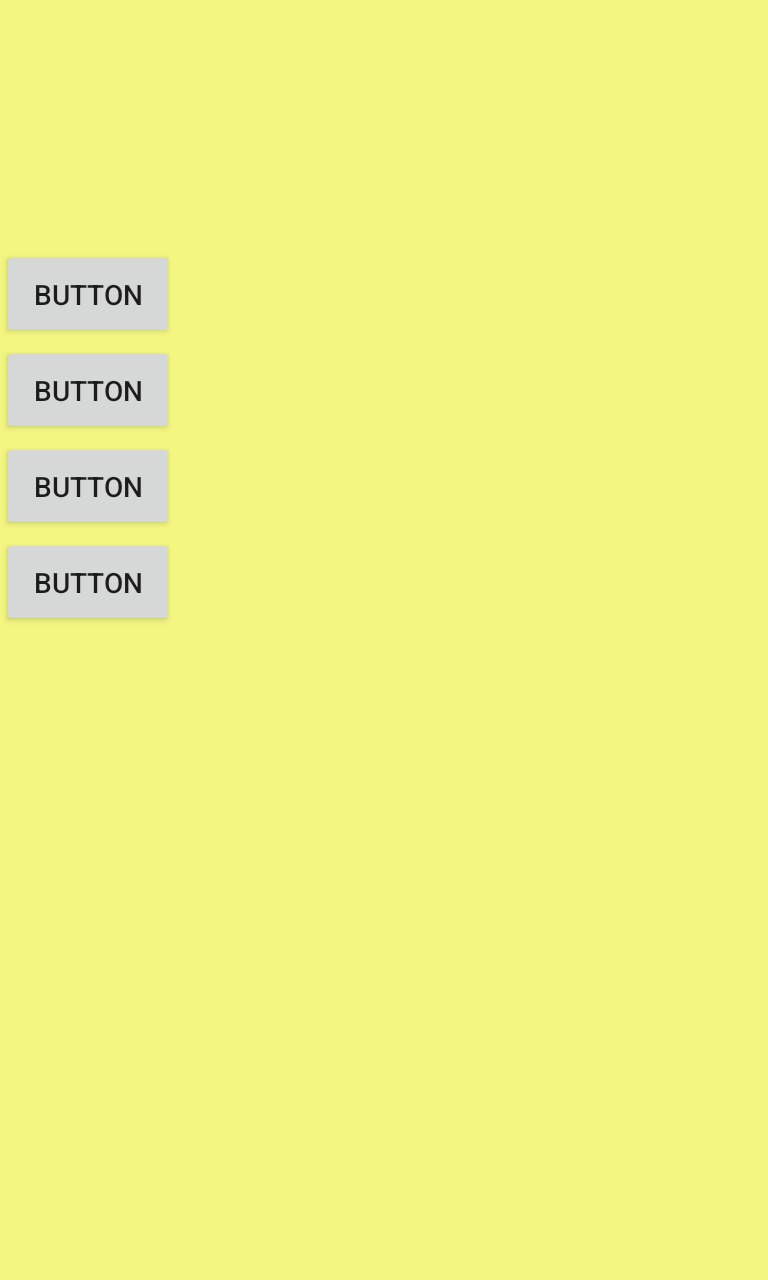
Repository: bluenavy/requirements
Layout: workspace/RetentionScheduler/res/layout/activity_delete.xml
An editor plug-in stored every save of this project. The layout is shown before and after the next save, followed by the edit.
It is drawn on a 768 x 1280 px phone screen (xhdpi) without system bars, with theme AppTheme; the app's code is not run.

Above is the layout before, as saved 2015-03-21 11:58:26.

### workspace/RetentionScheduler/res/layout/activity_delete.xml
<?xml version="1.0" encoding="utf-8"?>
<LinearLayout xmlns:android="http://schemas.android.com/apk/res/android"
    android:layout_width="match_parent"
    android:layout_height="match_parent"
    android:orientation="vertical"
    android:background="#F3F781">

    <ScrollView
        android:id="@+id/scrollView1"
        android:layout_width="match_parent"
        android:layout_height="123dp" >

        <LinearLayout
            android:layout_width="match_parent"
            android:layout_height="match_parent"
            android:orientation="vertical" >
        </LinearLayout>
    </ScrollView>

    <Button
        android:id="@+id/button1"
        android:layout_width="wrap_content"
        android:layout_height="wrap_content"
        android:text="Button" />

    <Button
        android:id="@+id/button2"
        android:layout_width="wrap_content"
        android:layout_height="wrap_content"
        android:text="Button" />

    <Button
        android:id="@+id/button3"
        android:layout_width="wrap_content"
        android:layout_height="wrap_content"
        android:text="Button" />

    <Button
        android:id="@+id/button4"
        android:layout_width="wrap_content"
        android:layout_height="wrap_content"
        android:text="Button" />

</LinearLayout>

Loaded but not shown: workspace/RetentionScheduler/res/values/styles.xml (common file); workspace/RetentionScheduler/res/values-v11/styles.xml (common file); workspace/RetentionScheduler/res/values-v14/styles.xml (common file)

After the next save:
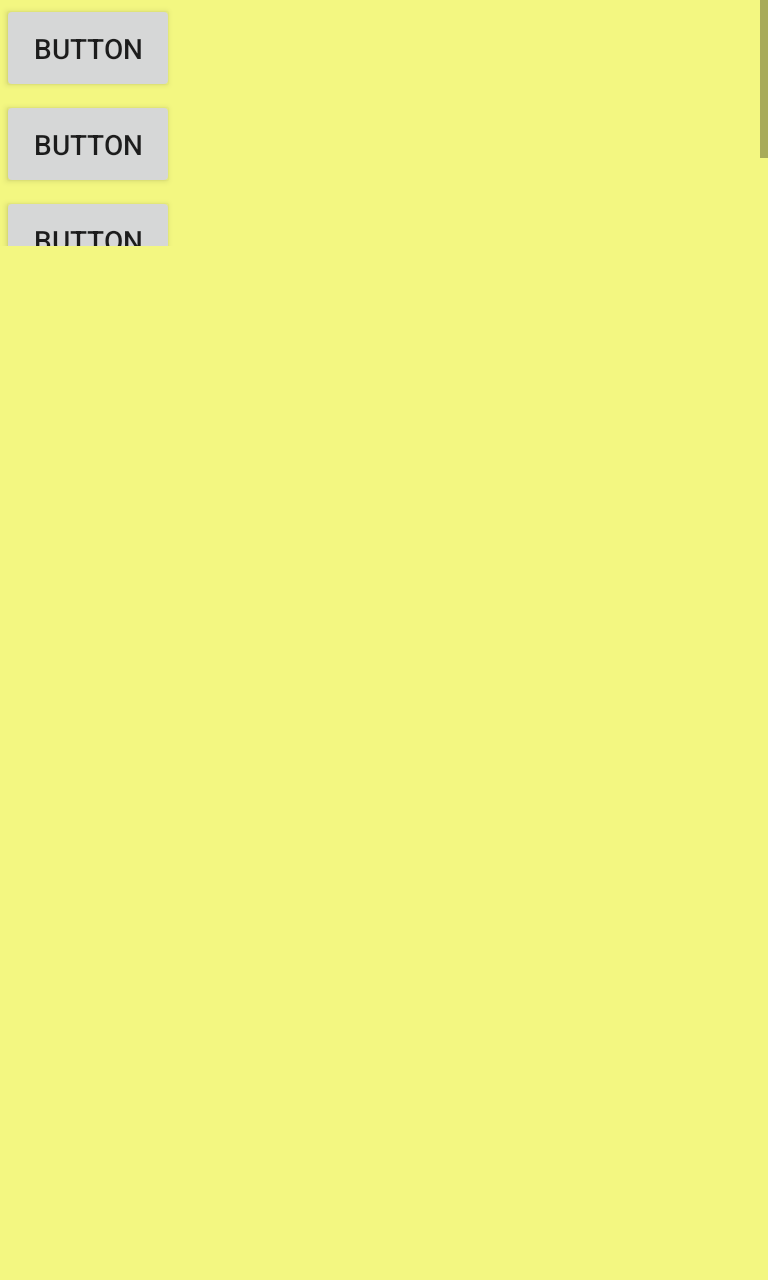
Saved 61 min 30 s later.
--- a/workspace/RetentionScheduler/res/layout/activity_delete.xml
+++ b/workspace/RetentionScheduler/res/layout/activity_delete.xml
@@ -14,31 +14,32 @@
             android:layout_width="match_parent"
             android:layout_height="match_parent"
             android:orientation="vertical" >
+
+            <Button
+                android:id="@+id/button1"
+                android:layout_width="wrap_content"
+                android:layout_height="wrap_content"
+                android:text="Button" />
+
+            <Button
+                android:id="@+id/button2"
+                android:layout_width="wrap_content"
+                android:layout_height="wrap_content"
+                android:text="Button" />
+
+            <Button
+                android:id="@+id/button4"
+                android:layout_width="wrap_content"
+                android:layout_height="wrap_content"
+                android:text="Button" />
+
+            <Button
+                android:id="@+id/button3"
+                android:layout_width="wrap_content"
+                android:layout_height="wrap_content"
+                android:text="Button" />
+
         </LinearLayout>
     </ScrollView>
 
-    <Button
-        android:id="@+id/button1"
-        android:layout_width="wrap_content"
-        android:layout_height="wrap_content"
-        android:text="Button" />
-
-    <Button
-        android:id="@+id/button2"
-        android:layout_width="wrap_content"
-        android:layout_height="wrap_content"
-        android:text="Button" />
-
-    <Button
-        android:id="@+id/button3"
-        android:layout_width="wrap_content"
-        android:layout_height="wrap_content"
-        android:text="Button" />
-
-    <Button
-        android:id="@+id/button4"
-        android:layout_width="wrap_content"
-        android:layout_height="wrap_content"
-        android:text="Button" />
-
 </LinearLayout>
